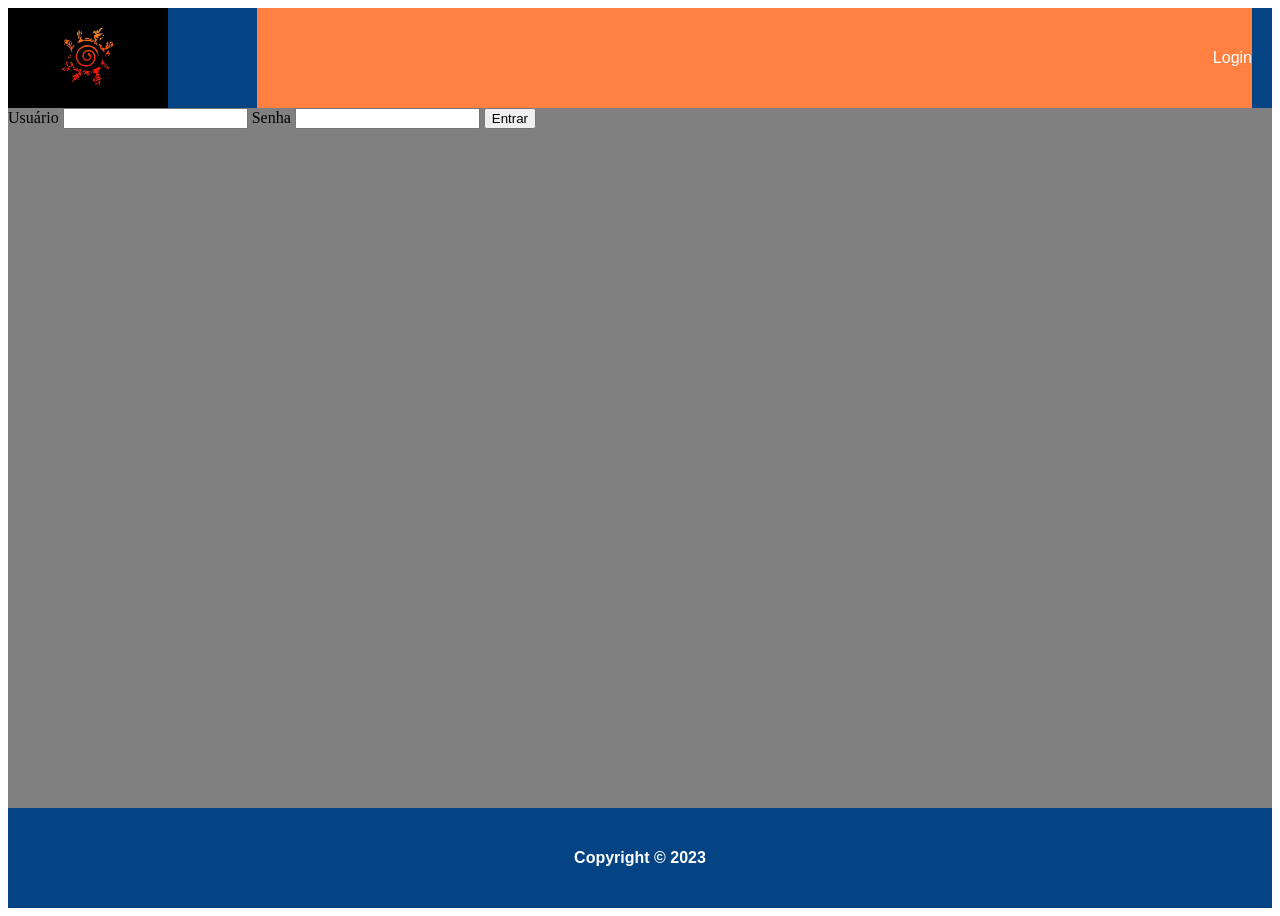
Repository: Jvmferreira/projeto-final-
Page: http://localhost/FinalWeb/
These files come from the project's save history. The page is drawn as it stood at one moment and after the next save; the edit follows.
The browser window is 1280 px wide. The pictures show the whole page.
The page is served by Tomcat 9.

Above is the page before, as saved 2023-04-11 11:30:37.

After the next save:
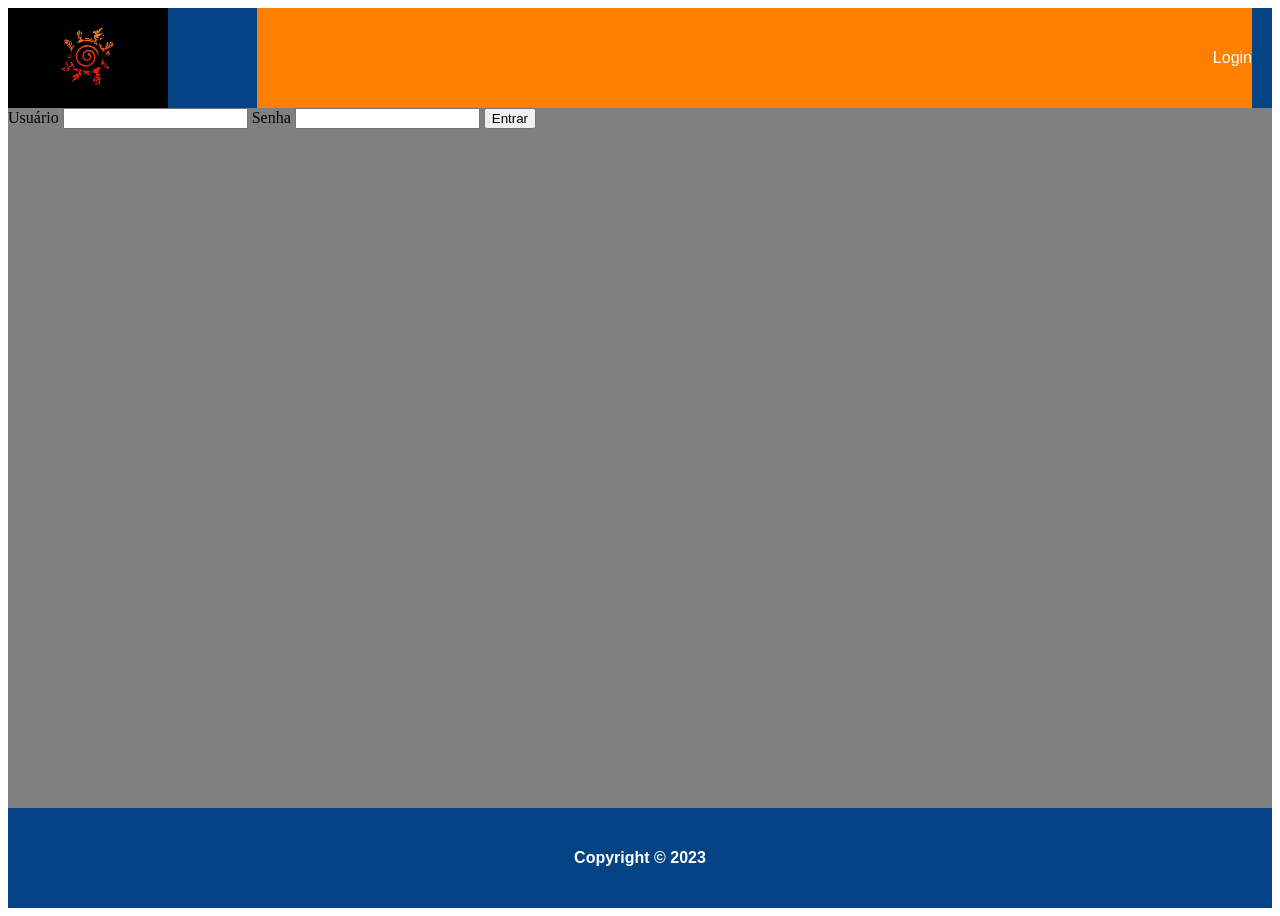
Saved 39 s later.
--- a/FinalWeb/src/main/webapp/css/estilo.css
+++ b/FinalWeb/src/main/webapp/css/estilo.css
@@ -17,7 +17,7 @@
 #menu {
 	display: flex;
 	width: 80%;
-	background-color: #ff8040;
+	background-color: rgb(255, 128, 0);
 	color: white;
 	font-family: Arial;
 	align-items: center;
